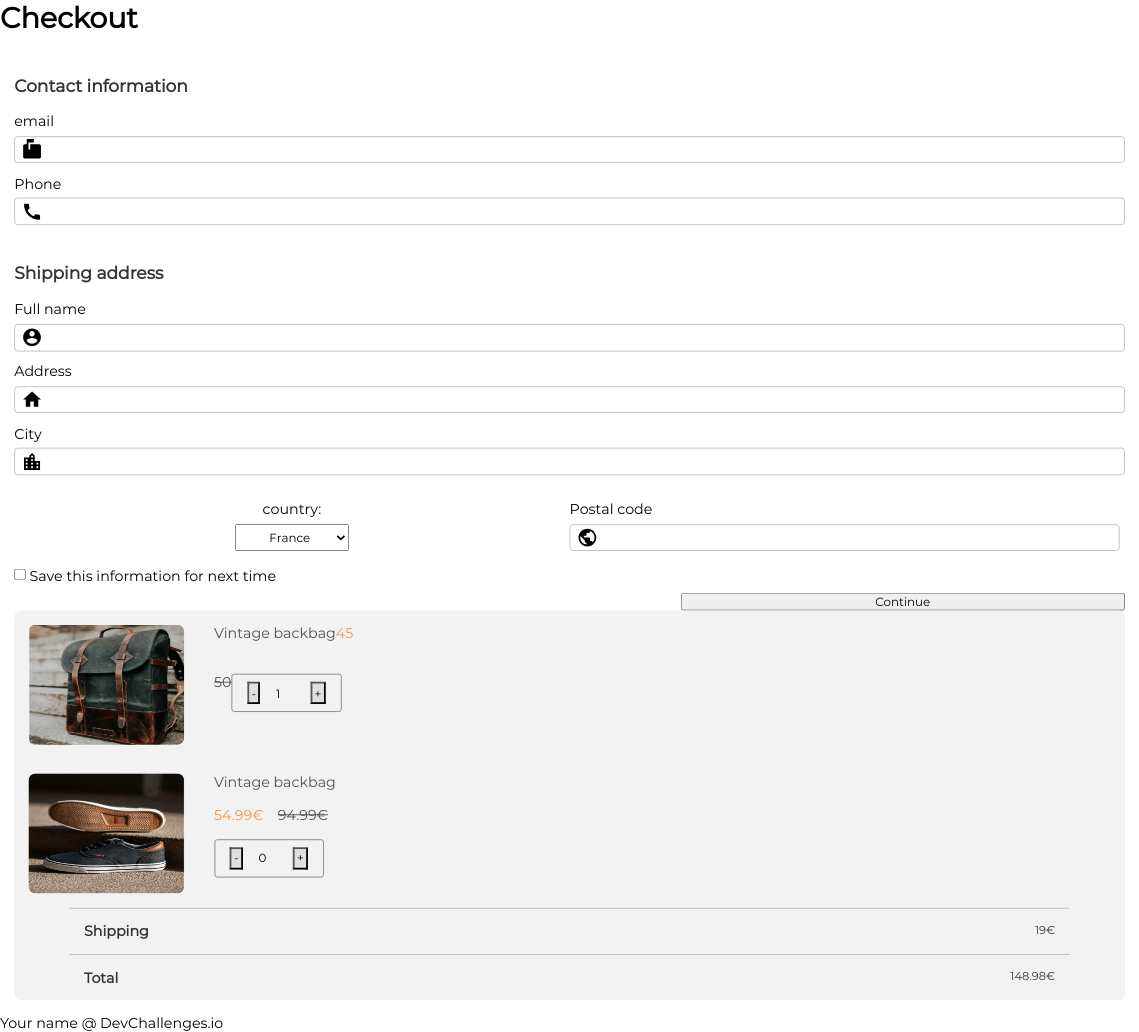
Repository: dubar-jeremy/checkout-page-master
Page: index.html
These files come from the project's save history. The page is drawn as it stood at one moment and after the next save; the edit follows.
The browser window is 1280 px wide. The pictures show the whole page, at 89% of full size.
The style sheet was rebuilt from its Sass, Less or Tailwind sources for each picture, by a compiler version that may differ from the author's.

Above is the page before, as saved 2021-02-05 23:55:17.

### index.html
<!doctype html>
<html lang="fr">
<head>
  <meta charset="UTF-8">
  <meta name="viewport"
        content="width=device-width, user-scalable=no, initial-scale=1.0, maximum-scale=1.0, minimum-scale=1.0">
  <meta http-equiv="X-UA-Compatible" content="ie=edge">
  <link rel="stylesheet" href="style/style.css">
  <link href="https://fonts.googleapis.com/icon?family=Material+Icons"
        rel="stylesheet">
  <title>Document</title>
  <script src="js/form.js" type="text/javascript"></script>
</head>
<body>

<main>
  <h1>Checkout</h1>
  <div class="grid-container">
    <form>
      <h2>Contact information</h2>
      <div>
      <label for="email">email</label>
      <input class="email" type="email" name="email" id="email">
      <span class="invalid valid" id="email">E-mail invalide</span>
      </div>

      <div>
      <label for="tel">Phone</label>
      <input class="tel" type="tel" name="tel" id="tel">
      <span class="invalid">Numéro inccorect</span>
      </div>

      <h2>Shipping address</h2>

      <div>
      <label for="name">Full name</label>
      <input class="name" type="text" name="name" id="name">
      <span class="invalid">Champ obligatoire</span>
      </div>

      <div>
      <label for="address">Address</label>
      <input class="address" type="text" name="address" id="address">
      <span class="invalid">Champ obligatoire</span>
      </div>

      <div>
      <label for="city">City</label>
      <input class="city" type="text" name="city" id="city">
      <span class="invalid">Champ obligatoire</span>
      </div>


      <div class="form-btn">
        <div class="select-country">
          <label for="country">country:</label>
          <select id="country">
            <option value="france">France</option>
            <option value="england">Angleterre</option>
            <option value="spain">Espagne</option>
          </select>
          <span class="invalid">Champ obligatoire</span>
        </div>
        <div class="input-postal-code">
          <label for="postalCode">Postal code</label>
          <input class="postal-code" type="text" name="postalCode" id="postalCode">
          <span class="invalid">Champ obligatoire</span>
        </div>
      </div>

      <div>
        <input type="checkbox">
        <label>Save this information for next time</label>
      </div>
      <button type="submit">Continue</button>
    </form>
    <div class="checkout-container">
      <div class="inner-block">
        <img src="img/photo1.png">
        <div class="details-article">
          <h2>Vintage backbag</h2>
          <span class="new-price">54.99€</span>
          <span class="old-price">94.99€</span>
          <div class="click">
            <button class="nbr-article minus btn">-</button>
            <input type="text" value="0" class="nbr-value quantity">
            <button class="nbr-article plus btn">+</button>
          </div>
        </div>
        <img src="img/photo2.png">
        <div class="details-article">
          <h2>Vintage backbag</h2>
          <span class="new-price">54.99€</span>
          <span class="old-price">94.99€</span>
          <div class="click">
            <button class="nbr-article plus btn">-</button>
            <input type="text" value="0" class="nbr-value">
            <button class="nbr-article minus btn">+</button>
          </div>
        </div>
      </div>
      <div class="price-part">
        <p>Shipping</p>
        <p>19€</p>
      </div>
      <div class="price-part">
        <p>Total</p>
        <p>148.98€</p>
      </div>
      <div>
      </div>
    </div>
</main>
<footer>
  <p>Your name @ DevChallenges.io</p>
</footer>
<!--<span class="material-icons">email</span>
<span class="material-icons">call</span>
<span class="material-icons">account_circle</span>
<span class="material-icons">home</span>
<span class="material-icons">location_city</span>
<span class="material-icons">public</span>
<span class="material-icons">markunread_mailbox</span>-->
</body>
</html>

### js/form.js
window.onload = function () {
  const plus = document
    .querySelector(".plus")
    .addEventListener("click", increase);
  const minus = document
    .querySelector(".minus")
    .addEventListener("click", decrease);

  let i = 0;
  let initialPrice = 50;
  let priceAfterDiscount = increase();

  function increase() {
    // price * 10 / 100 = 10% reduce
    i++;

    let items = (document.querySelector(".nbr-value").value = i);
    let qty = parseInt(items);
    let newPrice = initialPrice * qty;
    let priceBeforeDiscount = newPrice;
    document.querySelector(".old-price").innerHTML = priceBeforeDiscount;
    newPrice -= (newPrice * 10) / 100;
    let priceAfterDiscount = newPrice;
    document.querySelector(".new-price").innerHTML = priceAfterDiscount;
    return priceAfterDiscount;
  }

  function decrease() {
    if (i >= 1) {
      i--;
      let items = (document.querySelector(".nbr-value").value = i);
      let qty = parseInt(items);
      let newPrice = initialPrice * qty;
      document.querySelector(".new-price").innerHTML = newPrice;
      let oldPrice = qty * priceAfterDiscount;
      document.querySelector(".old-price").innerHTML = oldPrice;
      console.log(oldPrice);
    }
  }
};

### style/style.scss
/*
Colors, fonts & reset
*/

$main-title: #4e5150;
$sub-title: #333333;
$btn-price: #f2994a;

$form-title: #4f4f4f;
$form-placeholder: #828282;

$background-nbr-article: #e0e0e0;

$background-price: #f2f2f2;

@font-face {
  font-family: "Montserrat";
  src: url("/fonts/Montserrat/Montserrat-Regular.ttf") format("truetype");
}

* {
  margin: 0;
  padding: 0;
  box-sizing: border-box;
  font-family: "Montserrat", sans-serif;
}

/*
  Main area
*/

.grid-container {
  display: grid;
  grid-template-columns: 1fr;
  margin: 1em;
  h1 {
    grid-row: 1 / 2;
    color: $main-title;
    font-size: 1.5em;
    margin-bottom: 0.8em;
  }
}

form {
  display: flex;
  flex-direction: column;

  h2 {
    color: $sub-title;
    font-size: 1.2em;
    margin-top: 1.5em;
    margin-bottom: 1em;
  }

  input {
    width: 100%;
    margin-bottom: 1em;
    margin-top: 0.5em;
  }

  input[type="checkbox"] {
    width: inherit;
  }

  @mixin iconStyle {
    background-color: transparent;
    background-repeat: no-repeat;
    background-position: 0.5em center;
    padding-left: 2.5em;
    height: 2.3em;
    border: 0.09em solid #bdbdbd;
    border-radius: 0.3em;
  }

  .email {
    @include iconStyle;
    background-image: url("../icons/markunread_mailbox-24px.svg");
  }
  .tel {
    @include iconStyle;
    background-image: url("../icons/call-24px.svg");
  }
  .name {
    @include iconStyle;
    background-image: url("../icons/account_circle-24px.svg");
  }
  .address {
    @include iconStyle;
    background-image: url("../icons/home-24px.svg");
  }
  .city {
    @include iconStyle;
    background-image: url("../icons/location_city-24px.svg");
  }
  .postal-code {
    @include iconStyle;
    width: 99%;
    background-image: url("../icons/public-24px.svg");
  }

  .form-btn {
    width: 100%;
    display: flex;
    justify-content: space-between;
    margin-top: 1em;
    flex-wrap: wrap;
    align-items: center;

    .select-country {
      flex-basis: 50%;
      display: flex;
      flex-wrap: wrap;
      justify-content: center;

      label {
        width: 100%;
        text-align: center;
      }

      select {
        height: 2.3em;
        padding-left: 2.5em;
        margin-bottom: 1em;
        margin-top: 0.5em;
      }
    }

    .input-postal-code {
      flex-basis: 50%;
    }
  }

  button {
    width: 40%;
    align-self: end;
  }
}

.checkout-container {
  grid-row: 2 / 3;
  background: $background-price;
  border-radius: 0.5em;
}

.inner-block {
  display: grid;
  grid-template-columns: 1fr 1fr;
  grid-gap: 2em;
  max-width: 385px;
  max-height: 535px;
  margin: 1em;

  h2 {
    color: $main-title;
    display: inline;
    font-size: 1em;
    font-weight: normal;
  }

  img {
    width: 100%;
    max-width: 175px;
    max-height: 135px;
    border-radius: 0.5em;
  }

  .details-article {
    display: flex;
    flex-wrap: wrap;

    .new-price {
      color: $btn-price;
      margin-right: 1em;
    }

    .old-price {
      color: $main-title;
      text-decoration: line-through;
    }

    .click {
      display: flex;
      justify-content: space-around;
      width: 70%;
      height: min-content;
      background: transparent;
      border: 0.1em solid $form-placeholder;
      border-radius: 0.2em;
      padding: 0.5em;

      input {
        background: transparent;
        width: 20%;
        border: none;
      }

      .nbr-article {
        background: $background-nbr-article;
        padding: 0.2em;
      }
    }
  }
}

.price-part {
  display: flex;
  justify-content: space-between;
  width: 90%;
  margin: 0 auto;
  padding: 1em;
  border-top: 1px solid #bdbdbd;
  color: #333333;

  p:nth-child(1) {
    color: $sub-title;
    font-weight: bold;
  }

  p:nth-child(2) {
    font-size: 0.8em;
  }
}

.invalid {
  display: none;
  color: red;
}

.valid {
  color: green;
}

After the next save:
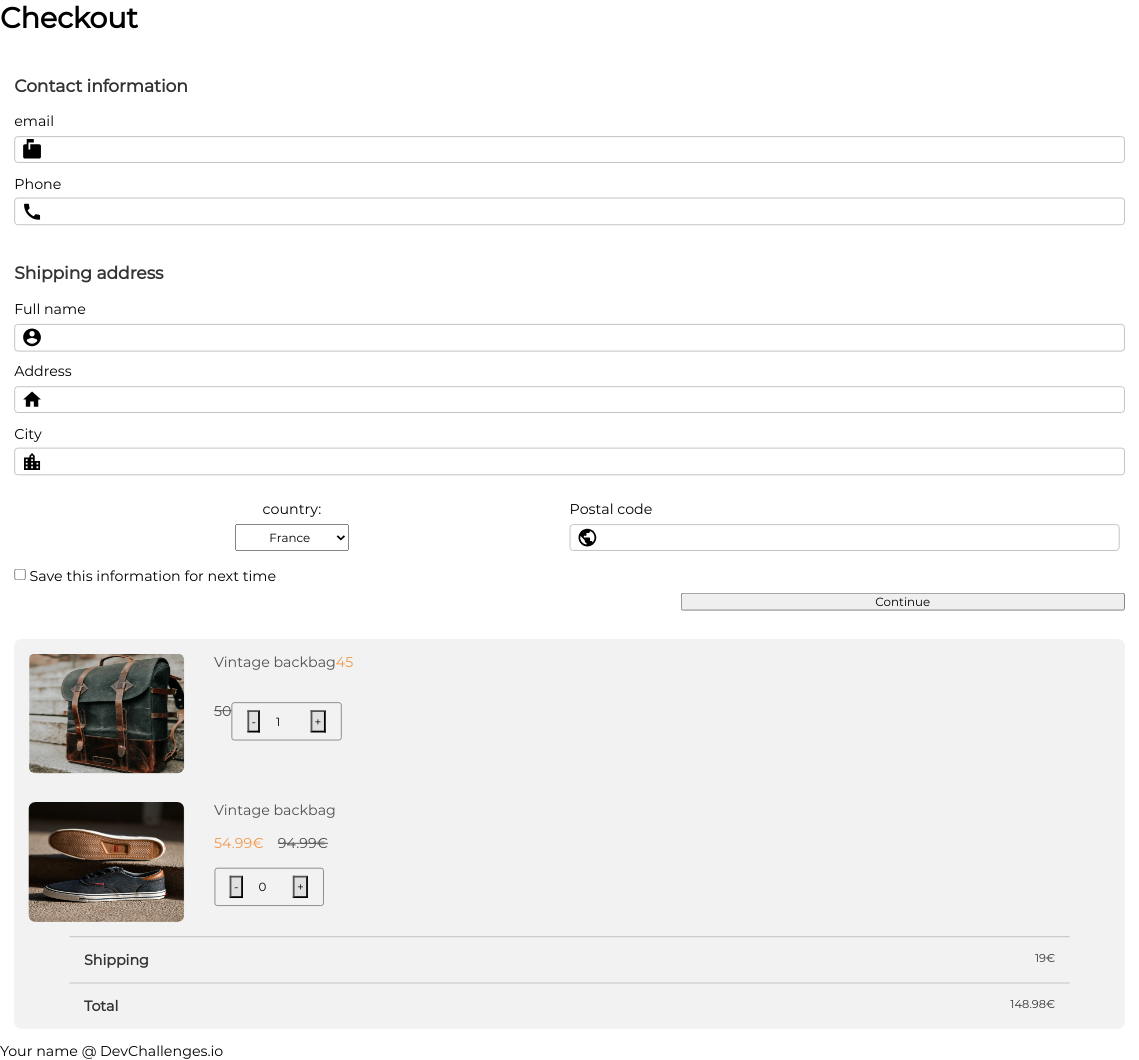
Saved 32 s later.
--- a/style/style.scss
+++ b/style/style.scss
@@ -33,6 +33,7 @@ $background-price: #f2f2f2;
   display: grid;
   grid-template-columns: 1fr;
   margin: 1em;
+  grid-gap: 2em;
   h1 {
     grid-row: 1 / 2;
     color: $main-title;
